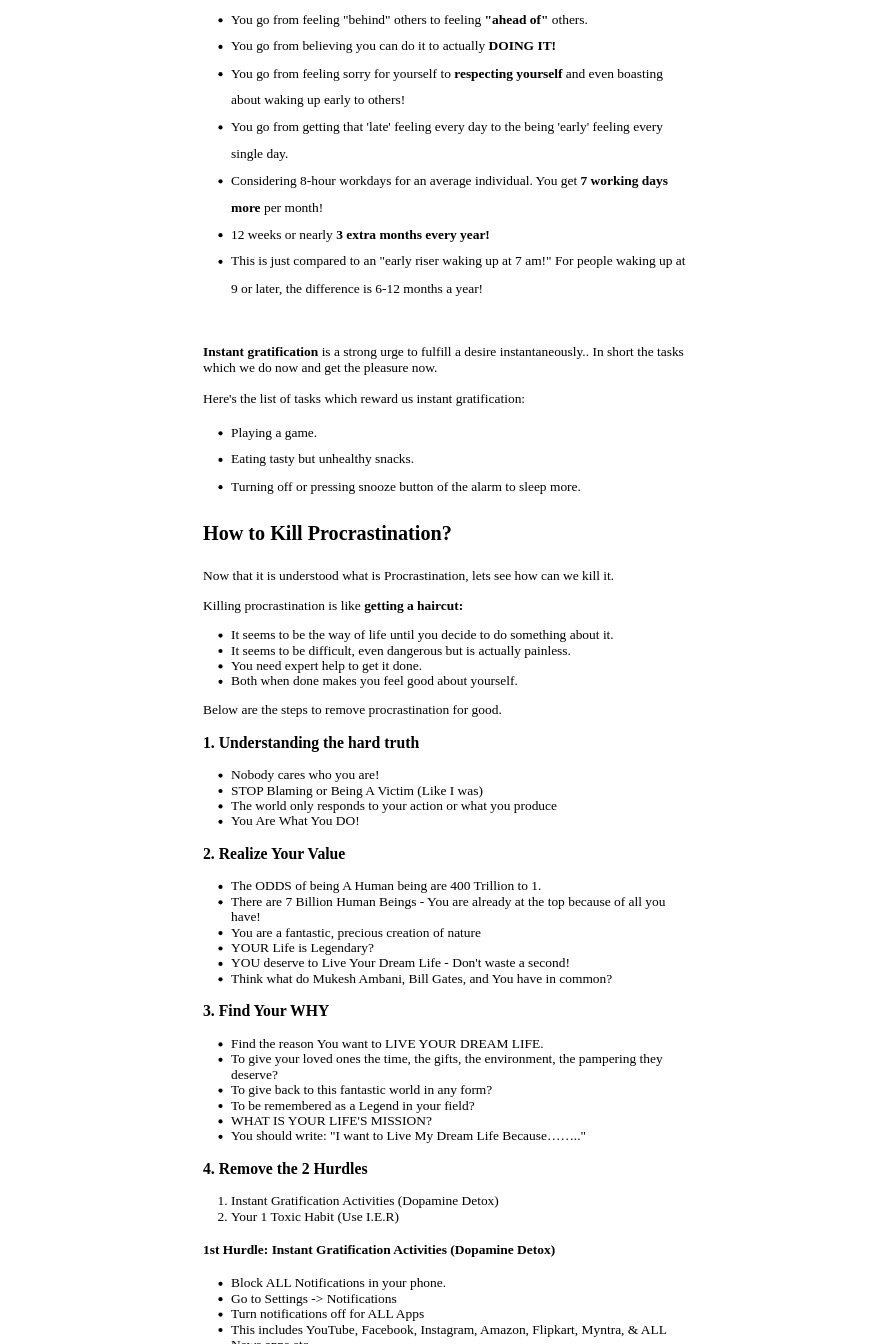
Repository: PuneetP16/Portfolio
Page: Wake Up At 5 AM Every Single Day Like Clockwork.html
These files come from the project's save history. The page is drawn as it stood at one moment and after the next save; the edit follows.
The browser window is 1280 px wide. The pictures show the part of the page from y = 2130 to 4050 px (the page is 5458 px tall before and 5266 px after), at 70% of full size.
A picture or video elsewhere on the page could not be fetched, so the positions and the page height are approximate. Some web fonts or font styles are not loaded; a fallback is used.

Above is the page before, as saved 2021-12-10 03:13:12.

After the next save:
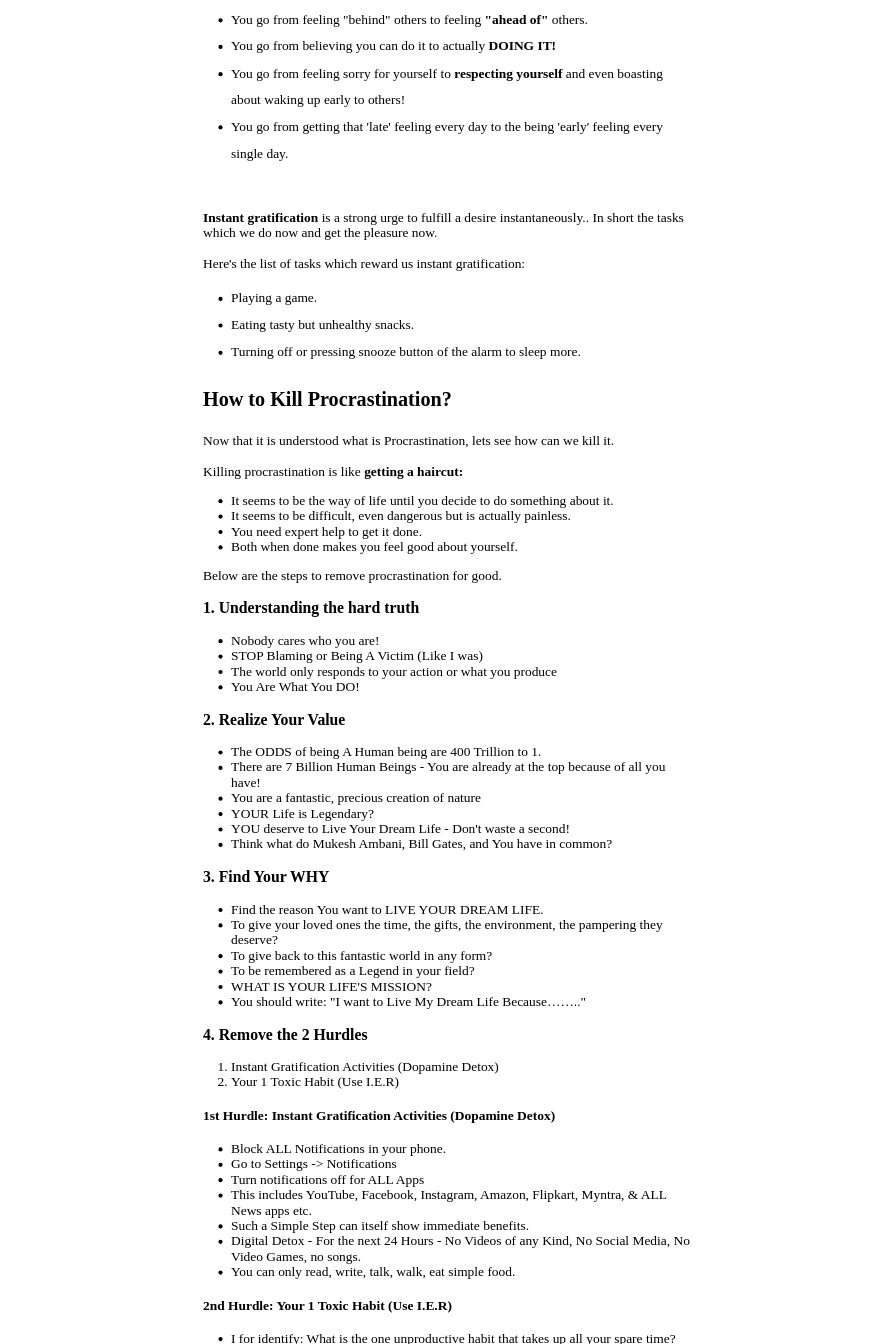
Saved 14 s later.
--- a/Wake Up At 5 AM Every Single Day Like Clockwork.html
+++ b/Wake Up At 5 AM Every Single Day Like Clockwork.html
@@ -58,9 +58,6 @@
           <li>You go from believing you can do it to actually <strong>DOING IT!</strong></li>
           <li>You go from feeling sorry for yourself to <strong>respecting yourself</strong> and even boasting about waking up early to others!</li>
            <li>You go from getting that 'late' feeling every day to the being 'early' feeling every single day.</li>
-           <li>Considering 8-hour workdays for an average individual. You get <strong> 7 working days more</strong> per month!</li>
-           <li>12 weeks or nearly <strong> 3 extra months every year!</strong> </li>
-           <li>This is just compared to an "early riser waking up at 7 am!" For people waking up at 9 or later, the difference is 6-12 months a year!</li>
         </ul>
         <br>
 
